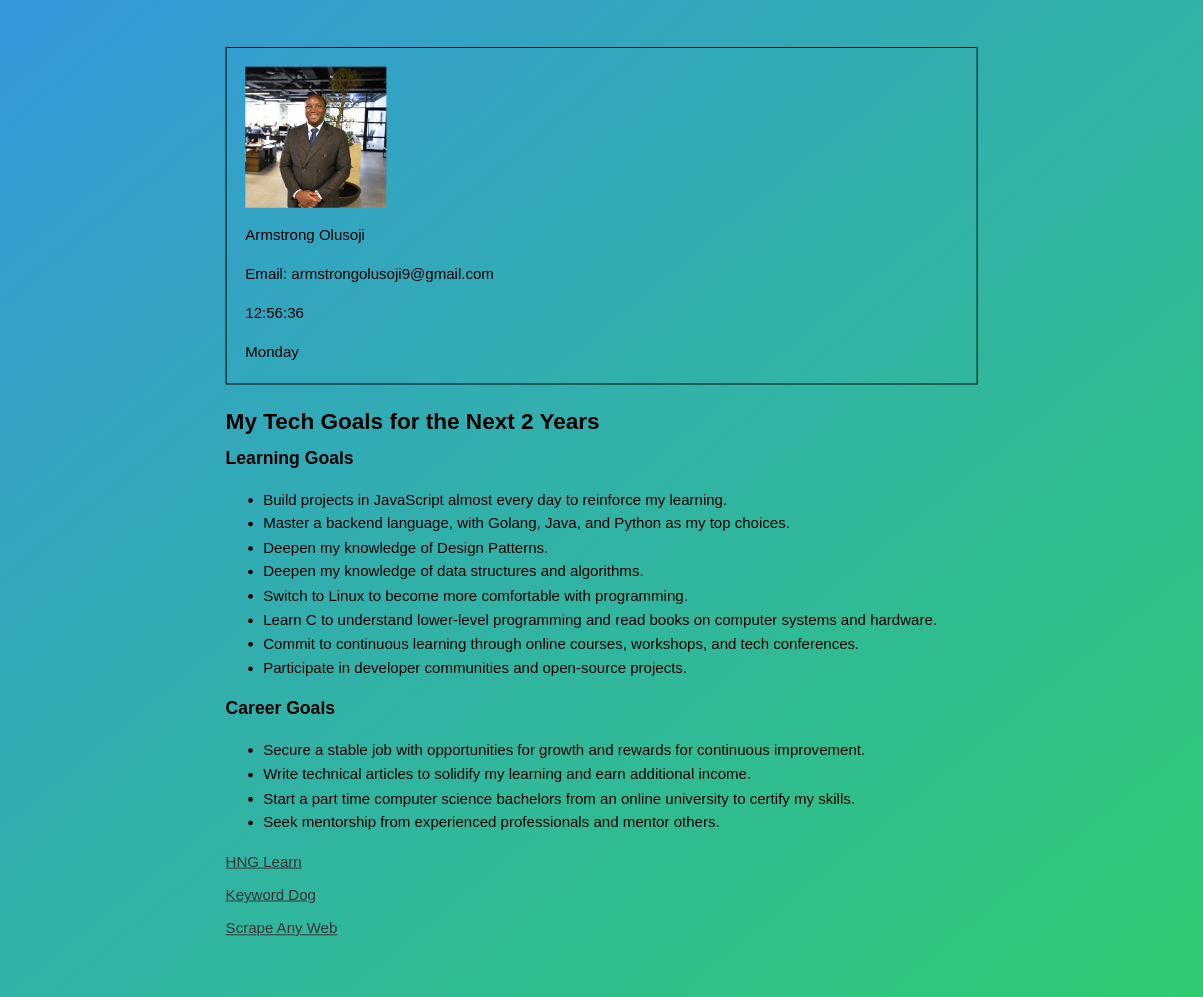
Repository: Armstrong2035/hng-project-one
Page: index.html
An editor plug-in stored every save of this project. The page is shown before and after the next save, followed by the edit.
The browser window is 1280 px wide. The pictures show the whole page, at 94% of full size.

Above is the page before, as saved 2024-07-01 17:03:29.

After the next save:
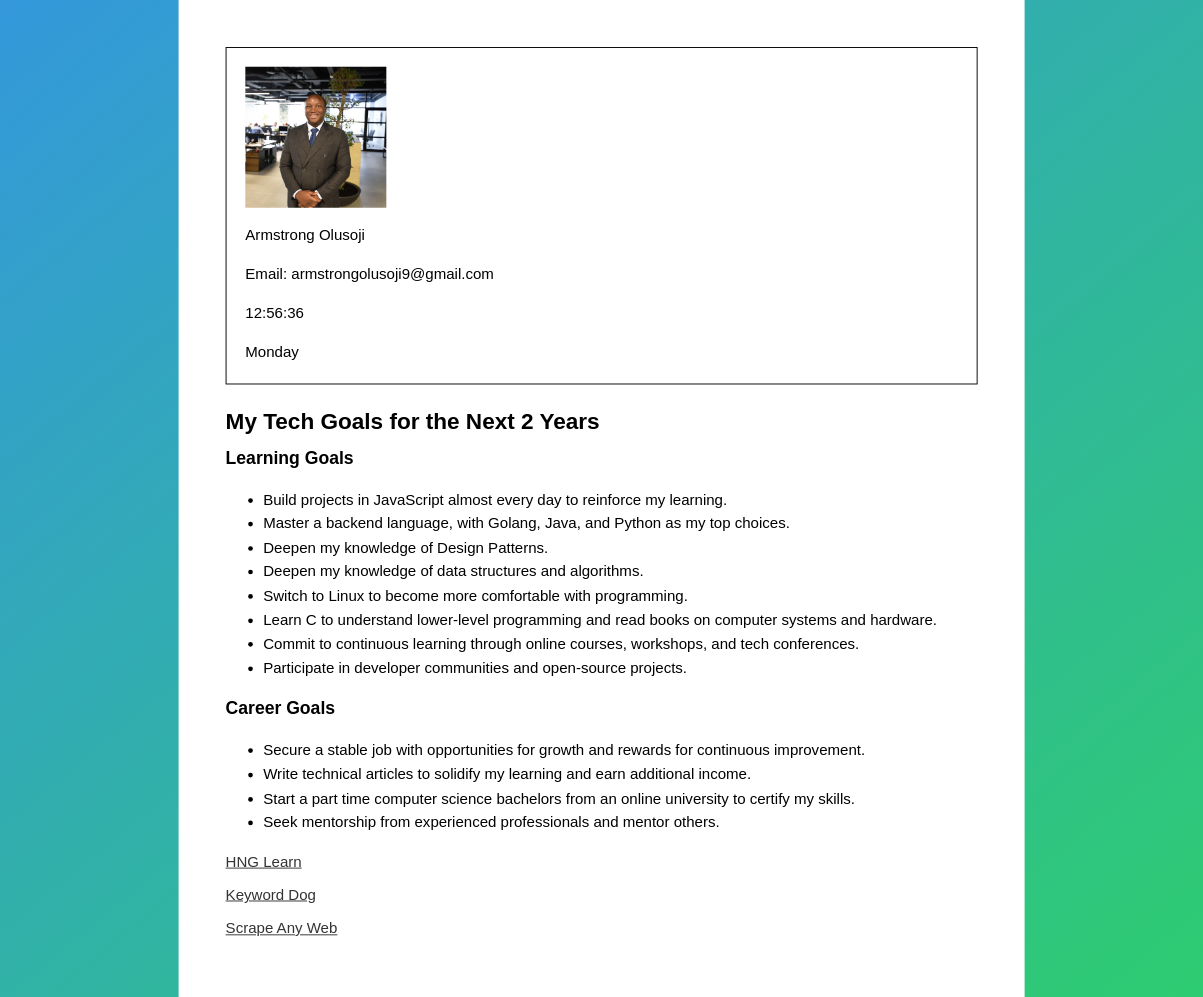
Saved 53 s later.
--- a/style.css
+++ b/style.css
@@ -10,6 +10,7 @@
   max-width: 800px;
   margin: 0 auto;
   padding: 50px;
+  background-color: #fff;
 }
 
 .profile-card {

After the save that followed:
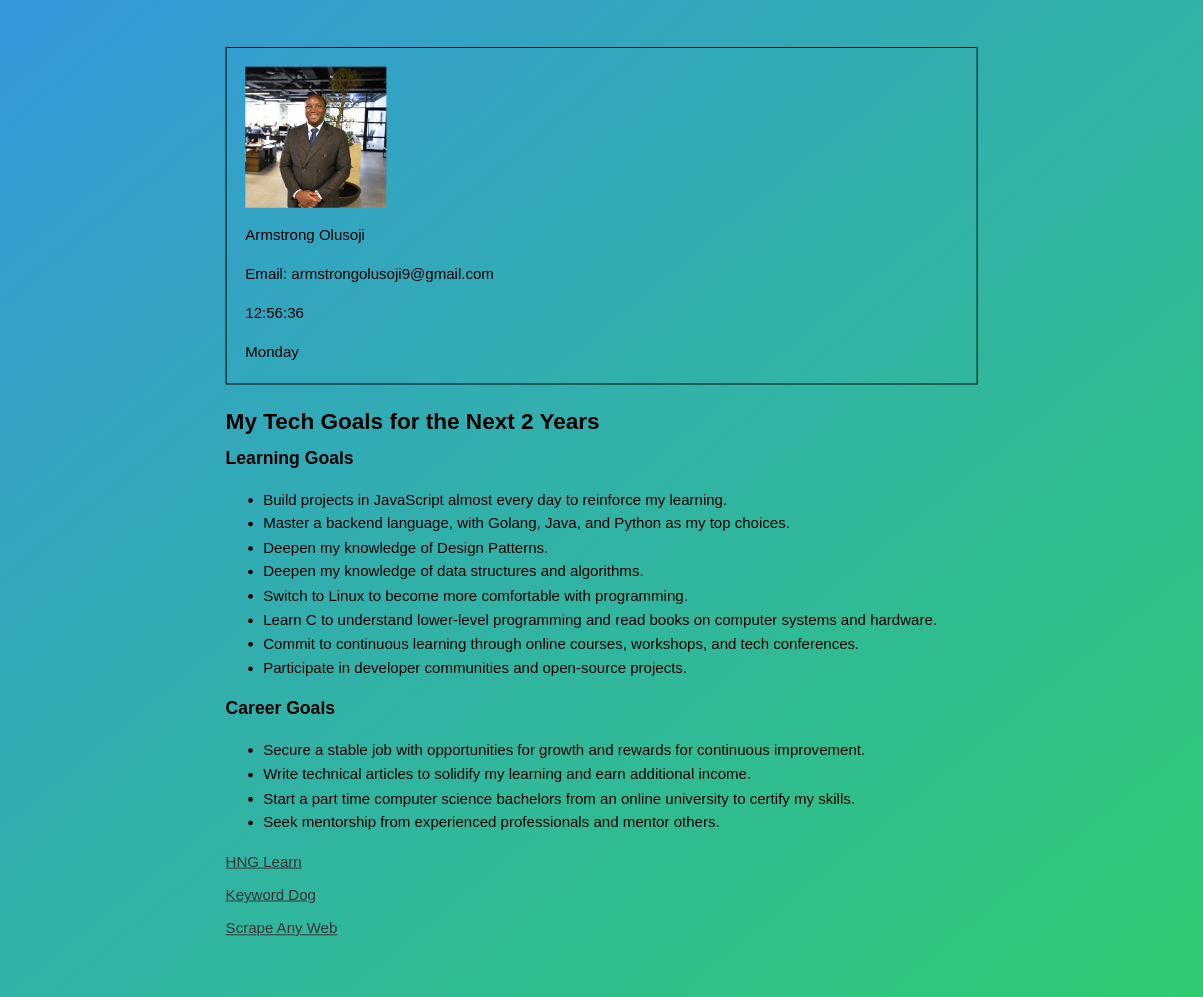
Saved 8 s later.
--- a/style.css
+++ b/style.css
@@ -10,7 +10,6 @@
   max-width: 800px;
   margin: 0 auto;
   padding: 50px;
-  background-color: #fff;
 }
 
 .profile-card {
